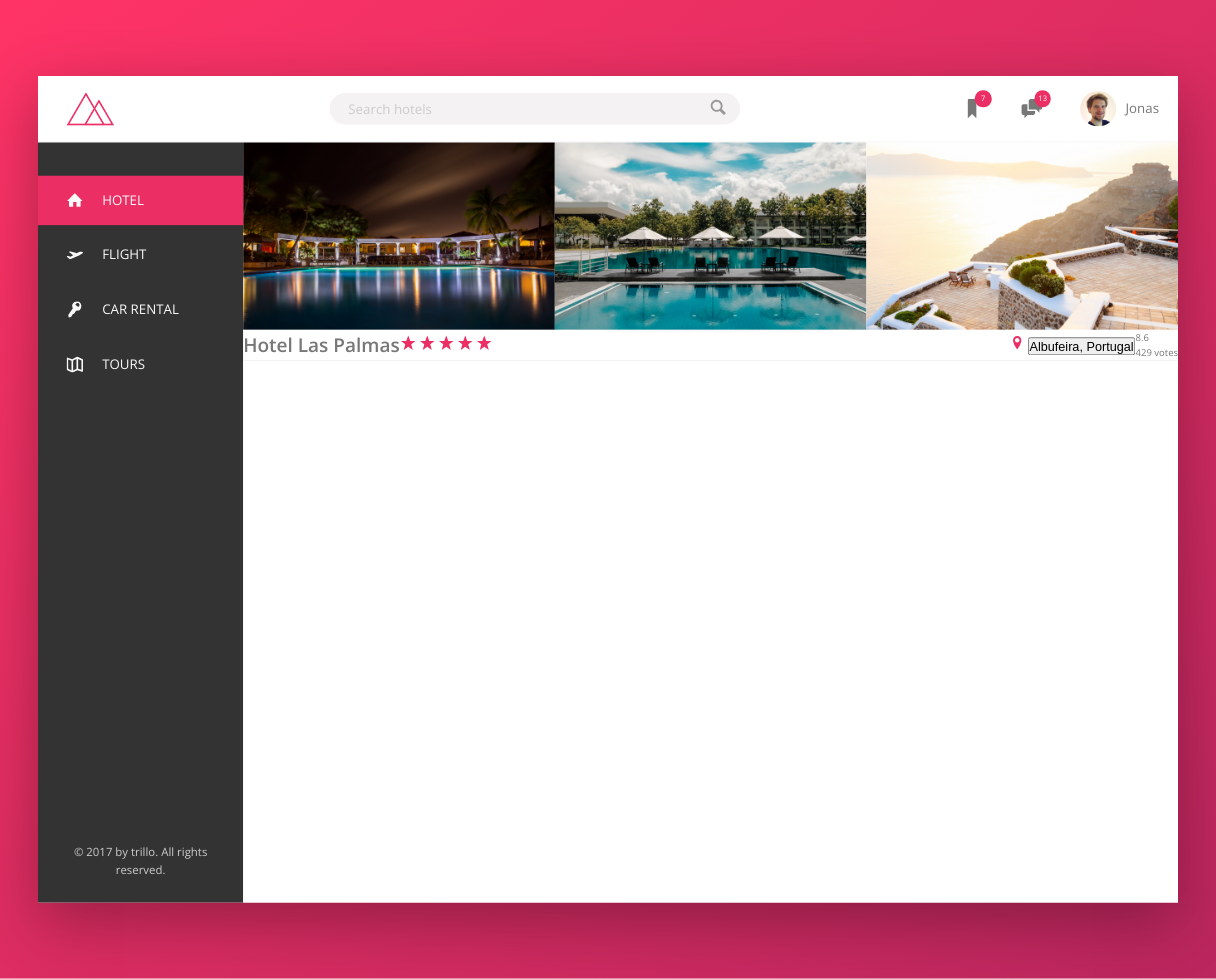
Repository: MalgorzataMazur/Trillo
Page: index.html
An editor plug-in stored every save of this project. The page is shown before and after the next save, followed by the edit.
The browser window is 1280 px wide. The pictures show the whole page, at 95% of full size.
The style sheet was rebuilt from its Sass, Less or Tailwind sources for each picture, by a compiler version that may differ from the author's.

Above is the page before, as saved 2020-03-27 12:14:20.

### index.html
<!DOCTYPE html>
<html lang="en">
    <head>
        <meta charset="UTF-8">
        <meta name="viewport" content="width=device-width, initial-scale=1.0">

        <link href="https://fonts.googleapis.com/css?family=Open+Sans:300,400,600" rel="stylesheet">
        <link rel="stylesheet" href="css/style.css">
        <link rel="shortcut icon" type="image/png" href="img/favicon.png">

        <title>trillo &mdash; Your all-in-one booking app</title>
    </head>
    <body>
        <div class="container">
            <header class="header">
                <img src="img/logo.png" alt="trillo logo" class="logo">

                <form action="#" class="search">
                    <input type="text" class="search__input" placeholder="Search hotels">
                    <button class="search__button">
                        <svg class="search__icon">
                            <use xlink:href="img/sprite.svg#icon-magnifying-glass"></use> <!--include svg -->
                        </svg>
                    </button>
                </form>

                <nav class="user-nav">
                    <div class="user-nav__icon-box">
                        <svg class="user-nav__icon">
                            <use xlink:href="img/sprite.svg#icon-bookmark"></use>
                        </svg>
                        <span class="user-nav__notification">7</span>
                    </div>
                    <div class="user-nav__icon-box">
                        <svg class="user-nav__icon">
                            <use xlink:href="img/sprite.svg#icon-chat"></use>
                        </svg>
                        <span class="user-nav__notification">13</span>
                    </div>
                    <div class="user-nav__user">
                        <img src="img/user.jpg" alt="User photo" class="user-nav__user-photo">
                        <span class="user-nav__user-name">Jonas</span>
                    </div>
                </nav>
            </header>
            <div class="content">
                <nav class="sidebar">
                    <ul class="side-nav">
                        <li class="side-nav__item side-nav__item--active">
                            <a href="#" class="side-nav__link">
                                <svg class="side-nav__icon">
                                    <use xlink:href="img/sprite.svg#icon-home"></use>
                                </svg>
                                <span>Hotel</span>
                            </a>
                        </li>
                        <li class="side-nav__item">
                            <a href="#" class="side-nav__link">
                                <svg class="side-nav__icon">
                                    <use xlink:href="img/sprite.svg#icon-aircraft-take-off"></use>
                                </svg>
                                <span>Flight</span>
                            </a>
                        </li>
                        <li class="side-nav__item">
                            <a href="#" class="side-nav__link">
                                <svg class="side-nav__icon">
                                    <use xlink:href="img/sprite.svg#icon-key"></use>
                                </svg>
                                <span>Car rental</span>
                            </a>
                        </li>
                        <li class="side-nav__item">
                            <a href="#" class="side-nav__link">
                                <svg class="side-nav__icon">
                                    <use xlink:href="img/sprite.svg#icon-map"></use>
                                </svg>
                                <span>Tours</span>
                            </a>
                        </li>
                    </ul>

                    <div class="legal">
                        &copy; 2017 by trillo. All rights reserved. <!-- html entity -->
                    </div>
                </nav>
                <main class="hotel-view">
                    <div class="gallery">
                        <figure class="gallery__item">
                            <img src="img/hotel-1.jpg" alt="Photo of hotel 1" class="gallery__photo">
                        </figure>
                        <figure class="gallery__item">
                            <img src="img/hotel-2.jpg" alt="Photo of hotel 2" class="gallery__photo">
                        </figure>
                        <figure class="gallery__item">
                            <img src="img/hotel-3.jpg" alt="Photo of hotel 3" class="gallery__photo">
                        </figure>
                    </div>

                    <div class="overview">
                        <h1 class="overview__heading">
                            Hotel Las Palmas
                        </h1>

                        <div class="overview__stars">
                            <svg class="overview__icon-star">
                                <use xlink:href="img/sprite.svg#icon-star"></use>
                            </svg>
                            <svg class="overview__icon-star">
                                <use xlink:href="img/sprite.svg#icon-star"></use>
                            </svg>
                            <svg class="overview__icon-star">
                                <use xlink:href="img/sprite.svg#icon-star"></use>
                            </svg>
                            <svg class="overview__icon-star">
                                <use xlink:href="img/sprite.svg#icon-star"></use>
                            </svg>
                            <svg class="overview__icon-star">
                                <use xlink:href="img/sprite.svg#icon-star"></use>
                            </svg>
                        </div>

                        <div class="overview__location">
                            <svg class="overview__icon-location">
                                <use xlink:href="img/sprite.svg#icon-location-pin"></use>
                            </svg>
                            <button class="btn-inline">Albufeira, Portugal</button>
                        </div>

                        <div class="overview__rating">
                            <div class="overiew__rating-average">8.6</div>
                            <div class="overview__rating-count">429 votes</div>
                        </div>
                </main>
            </div>

        </div>
    </body>
</html>

### sass/_base.scss
//variable will be avuialable for entire documents here, global parent of elelemnt
:root { //root pseudoclass the same like ktml but higher specifity //css custom proiperties variables I use here define in declaration bloxk remember
    --color-primary: #eb2f64;
    --color-primary-light: #FF3366;
    --color-primary-dark: #BA265D;

    --color-grey-light-1: #faf9f9;
    --color-grey-light-2: #f4f2f2;
    --color-grey-light-3: #f0eeee;
    --color-grey-light-4: #ccc;

    --color-grey-dark-1: #333;
    --color-grey-dark-2: #777;
    --color-grey-dark-3: #999;

    --shadow-dark: 0 2rem 6rem rgba(0,0,0,.3);

}

* { //first global settings *,htm, body
    margin: 0;
    padding: 0;
}

*,
*::before,
*::after {
    box-sizing: inherit;
}

html {
    box-sizing: border-box;
    font-size: 62.5%; //1rem = 10px, 10px/16px = 62.5%
}

body {
    font-family: 'Open Sans', sans-serif;
    font-weight: 400;
    line-height: 1.6;
    color: var(--color-grey-dark-2);
    background-image: linear-gradient(to right bottom, var(--color-primary-light), var(--color-primary-dark)); //gradient from the left top cornet to right bottom corner
    background-size: cover;
    background-repeat: no-repeat; //default is repeat in css

    min-height: 100vh; //min height but if height can be bigger than that will be simply bigger
}

### sass/_layout.scss
.container {
    max-width: 120rem; //container can decrease if hasn't got enough enough space to display our 120rem,;inaczej 1200px i jesli mniej to zajmie 100% szerokosci portu
    margin: 8rem auto;
    background-color: var(--color-grey-light-1);
    box-shadow: var(--shadow-dark);

    min-height: 50rem;
}

.header {
    font-size: 1.4rem;
    height: 7rem;
    background-color: #fff;
    border-bottom: 1px solid var(--color-grey-light-2);

    display: flex; //cause it is parent element
    justify-content: space-between; // divide empty space between 3 elements
    align-items: center; //wzdłuż osi poprzecznej center
}

.content {
    display: flex;
}

.sidebar {
    background-color: var(--color-grey-dark-1);

    flex: 0 0 18%; //don't want to grow & shrink & we want 18% of width; automatic wil be

    display: flex;
    flex-direction: column; //change the direction of the main axis from left to right to top to bottom
    justify-content: space-between;
}

.hotel-view {
    background-color: #fff;
    ////test
    height: 80rem;

    flex: 1; //by using flex 1 element should grow as much as that can; na tyle ile ma przestrzeni
}

### sass/_components.scss
/////////////////////////////////
////LOGO
.logo {
    height: 3.5rem;
    margin-left: 3rem;
}



/////////////////////////////////
////SEARCH
.search {
    flex: 0 0 40%; //grow shrink occupy

    display: flex;//flex item is becoming flex container,; we center loop icon btn
    align-items: center; //center elem along the cross axis
    justify-content: center; //center elem along the main axis

    &__input {
        font-family: inherit;
        font-size: inherit;
        color: inherit;
        background-color: var(--color-grey-light-2);
        border: none;
        border-radius: 100px;
        padding: .7rem 2rem;
        width: 90%;
        transition: all .2s;
        margin-right: -3.25rem; //this way the btn move on top of input

        &:focus {
            outline: none;
            width: 100%;
            background-color: var(--color-grey-light-3);
        }

        &::-webkit-input-placeholder {
            font-weight: 100;
            color: var(--color-grey-light-4);
        }
    }

    &__input:focus + &__button { //sibling, adjust element; the same backgr color
        background-color: var(--color-grey-light-3);
    }

    &__button {
        border: none;
        background-color: var(--color-grey-light-2);

        &:focus {
            outline: none;
        }

        &:active {
            transform: translate(2px);
        }
    }

    &__icon {
        height: 2rem;
        width: 2rem;
        fill: var(--color-grey-dark-3);
}
}



/////////////////////////////////
////USER NAVIGATION
.user-nav {
    align-self: stretch; //żeby one sie rozciagaly, is like align items but for one individual item; ovverite in header align item center

    display: flex; //flex item on the sam etime is flex container
    align-items: center;

    & > * {
        padding: 0 2rem;
        cursor: pointer;
        display: flex;
        height: 100%;
        align-items: center; //when we hoover thy arent on the top; vertical align
   }

    & > *:hover {
        background-color: var(--color-grey-light-2);
    }

    &__icon-box {
        position: relative;
    }

    &__icon {
        height: 2.25rem;
        width: 2.25rem;
        fill: var(--color-grey-dark-2);
    }

    &__notification {
        font-size: .8rem;
        height: 1.75rem;
        width: 1.75rem;
        border-radius: 50%;
        background-color: var(--color-primary);
        color: #fff;
        position: absolute; //parent elememnt is iconbox relative
        top: 1.5rem;
        right: 1.1rem;

        display: flex;
        justify-content: center;
        align-items: center;
    }

    &__user-photo {
        height: 3.75rem;
        border-radius: 50%;
        margin-right: 1rem;
    }
}



/////////////////////////////////
////SIDE NAVIGATION
.side-nav {
    font-size: 1.4rem;
    list-style: none;
    margin-top: 3.5rem;

    &__item {
        position: relative;

        &:not(:last-child) { //all the items except the last one
            margin-bottom: .5rem;
        }
    }

    &__item::before { //line becpmes invisible which then expands to the right side
        content: "";
        position: absolute;
        top: 0;
        left: 0;
        height: 100%;
        width: 3px;
        background-color: var(--color-primary);
        transform: scaleY(0); //normal state without any hover
        transition: transform .2s, //first transform ghappens during .2s & we wait this time .2s until we start transitioning the width .4s
                    width .4s cubic-bezier(1,0,0,1) .2s,
                    background-color .1s; //we can set diffrent settings for diffrent properties. we can have the staged animations where first the transform happens then the width
    }

    &__item:hover::before,
    &__item--active::before {
        transform: scaleY(1); //only occurs Y direction from top to bottom
        width: 100%;
    }

    &__item:active::before {
        background-color: var(--color-primary-light);
    }

    &__link:link,
    &__link:visited {
        color: var(--color-grey-light-1);
        text-decoration: none;
        text-transform: uppercase;
        display: block;
        padding: 1.5rem 3rem;
        position: relative; //on top of the before elem after hover

        display: flex;
        align-items: center; //ikony równo z napisem z listy
    }

    &__icon {
        width: 1.75rem;
        height: 1.75rem;
        margin-right: 2rem;
        fill: currentColor; //means color ofthe current elelemnt or the parent element
    }
}



/////////////////////////////////
////LEGAL TEXT
.legal {
    font-size: 1.2rem;
    color: var(--color-grey-light-4);
    text-align: center;
    padding: 2.5rem;
}



/////////////////////////////////
////SIDE NAVIGATION
.gallery {
    display: flex;

    &__photo {
        width: 100%;
        display: block;
    }
}



/////////////////////////////////
////SIDE NAVIGATION
.overview {
    display: flex; // justify-content: space-between; //evenly distribute all the elements along the main axis
    align-items: center;
    border-bottom: 1px solid var(--color-grey-light-2);

    &__heading {

    }

    &__stars {
        // flex: 1;
        margin-right: auto; //we created the space without actually stretching out this entire element; element only occypying the space that it needs here
    }

    &__icon-star,
    &__icon-location {
        width: 1.75rem;
        height: 1.75rem;
        fill: var(--color-primary);
    }

    &__location {

    }

    &__rating {

    }

    &__rating-average {

    }

    &__rating-count {

    }
}

Loaded but not shown: sass/main.scss (common file)

After the next save:
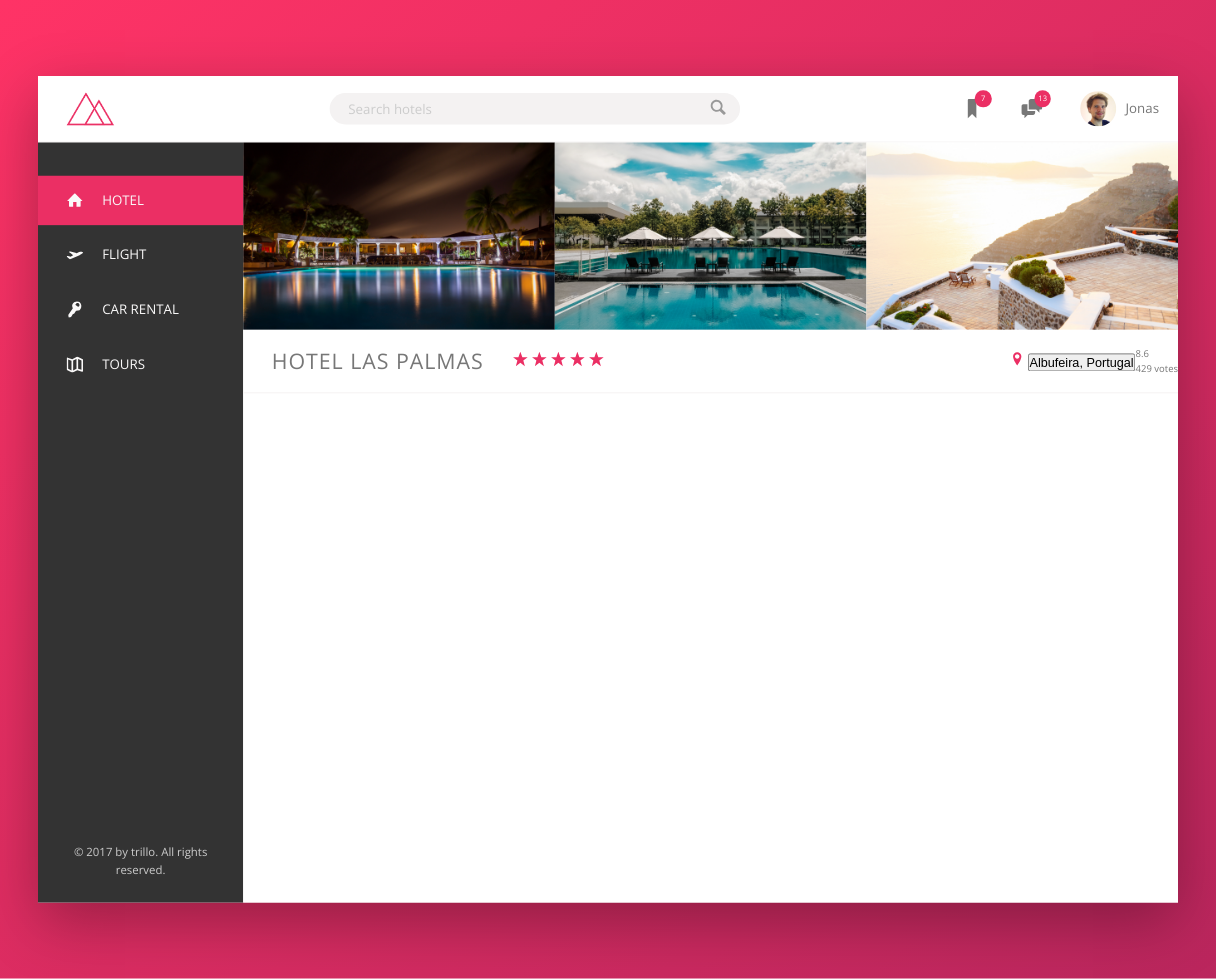
Saved 57 s later.
--- a/sass/_components.scss
+++ b/sass/_components.scss
@@ -215,7 +215,11 @@
     border-bottom: 1px solid var(--color-grey-light-2);
 
     &__heading {
-
+        font-size: 2.25rem;
+        font-weight: 300;
+        text-transform: uppercase;
+        letter-spacing: 1px;
+        padding: 1.5rem 3rem;
     }
 
     &__stars {
